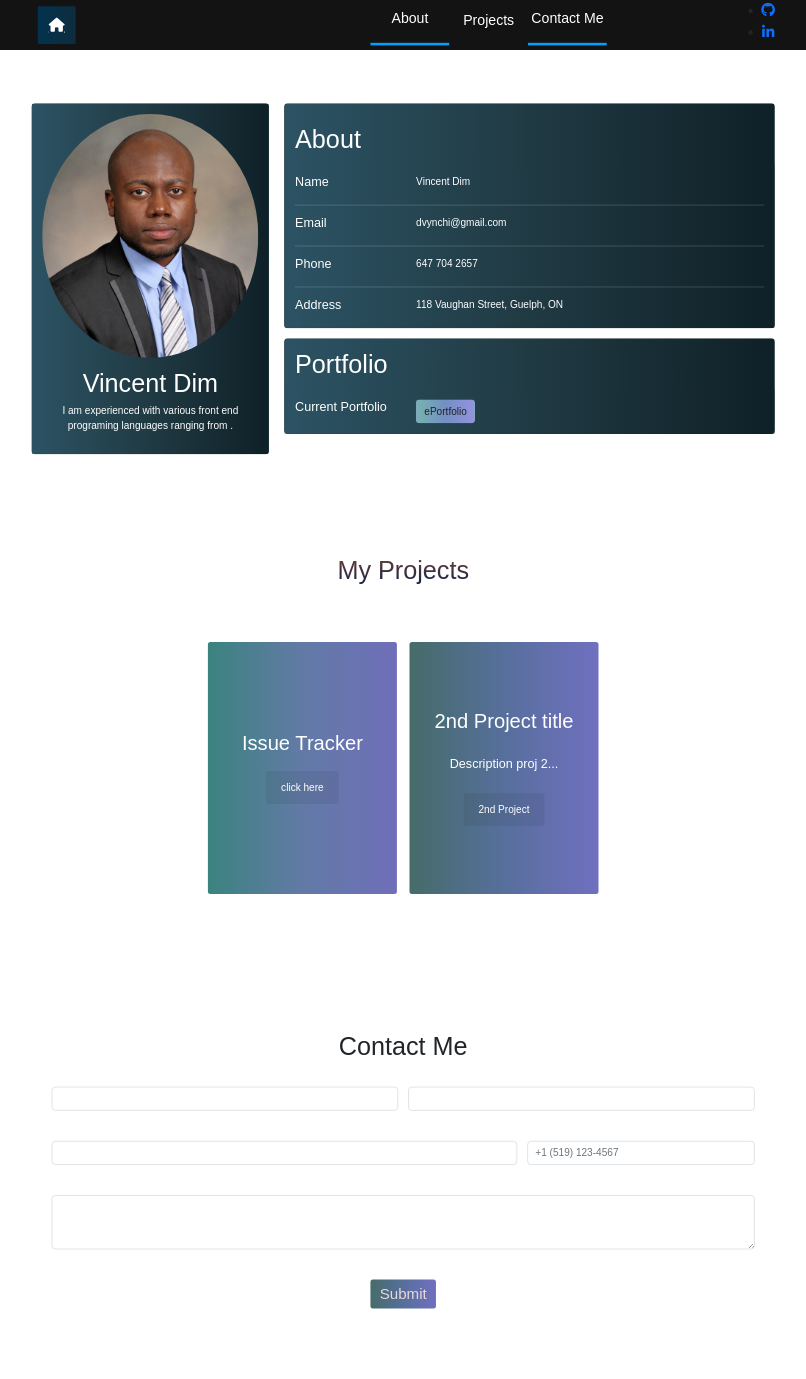
Repository: dvynchi/profile-2022
Page: index.html
These files come from the project's save history. The page is drawn as it stood at one moment and after the next save; the edit follows.
The browser window is 1280 px wide. The pictures show the whole page, at 63% of full size.
Some web libraries are served in a nearby version.

Above is the page before, as saved 2022-08-22 22:32:03.

After the next save:
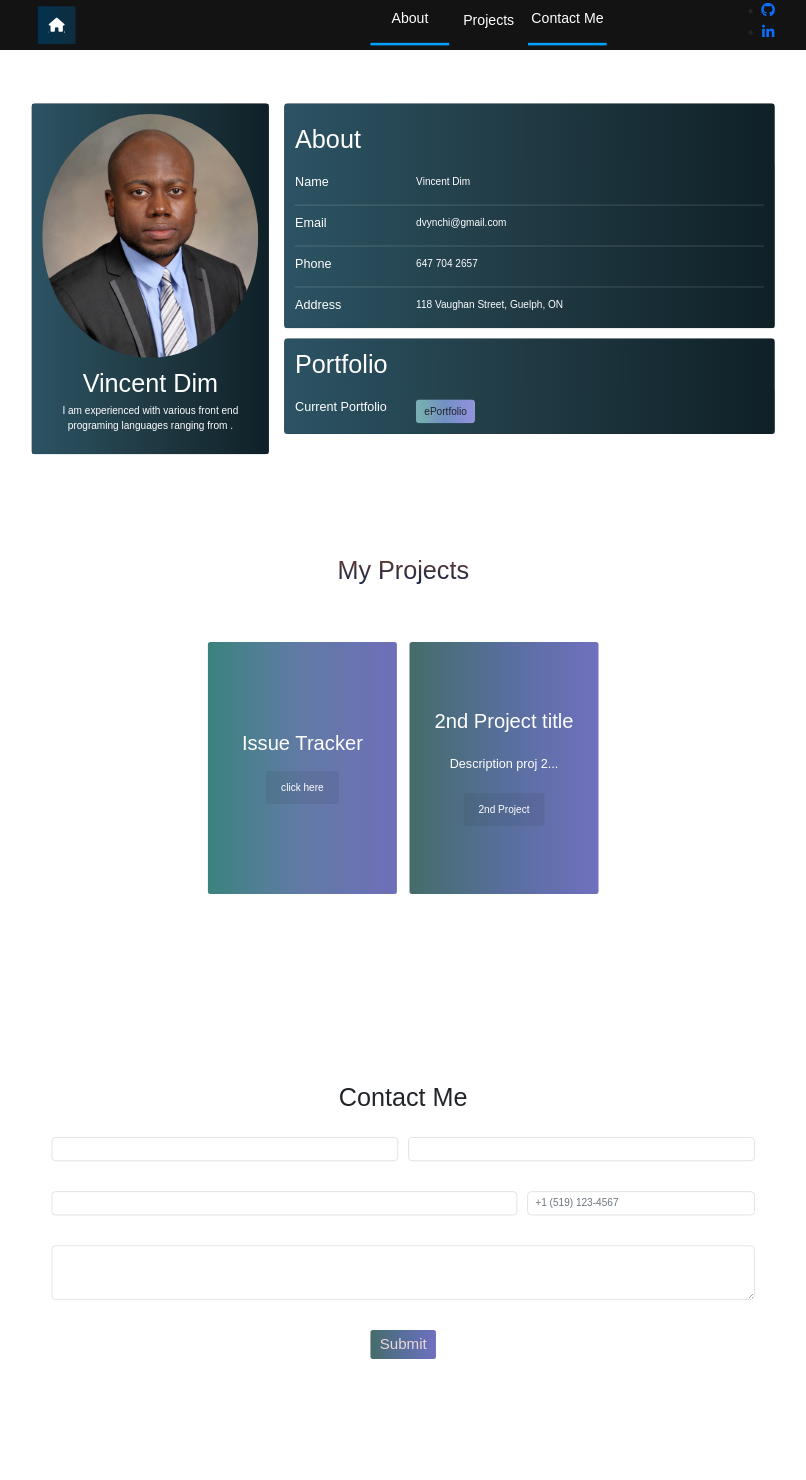
Saved 52 s later.
--- a/styles.css
+++ b/styles.css
@@ -421,6 +421,7 @@
 .main_content {
     text-align: center;
     margin-bottom: 2rem;
+    padding: 5rem 0;
 }
 
 .main_content h1 {

After the save that followed:
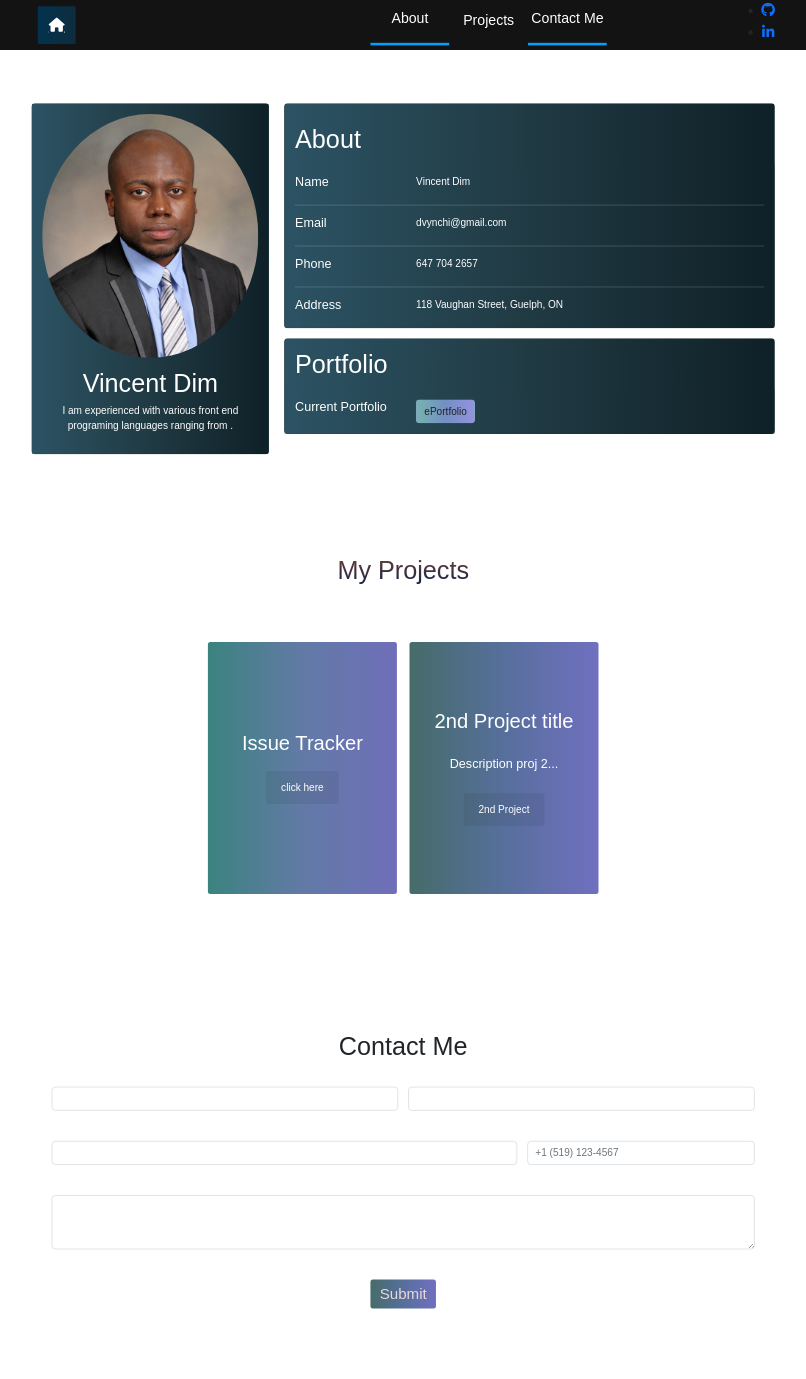
Saved 46 s later.
--- a/styles.css
+++ b/styles.css
@@ -421,7 +421,7 @@
 .main_content {
     text-align: center;
     margin-bottom: 2rem;
-    padding: 5rem 0;
+    padding: none;
 }
 
 .main_content h1 {
